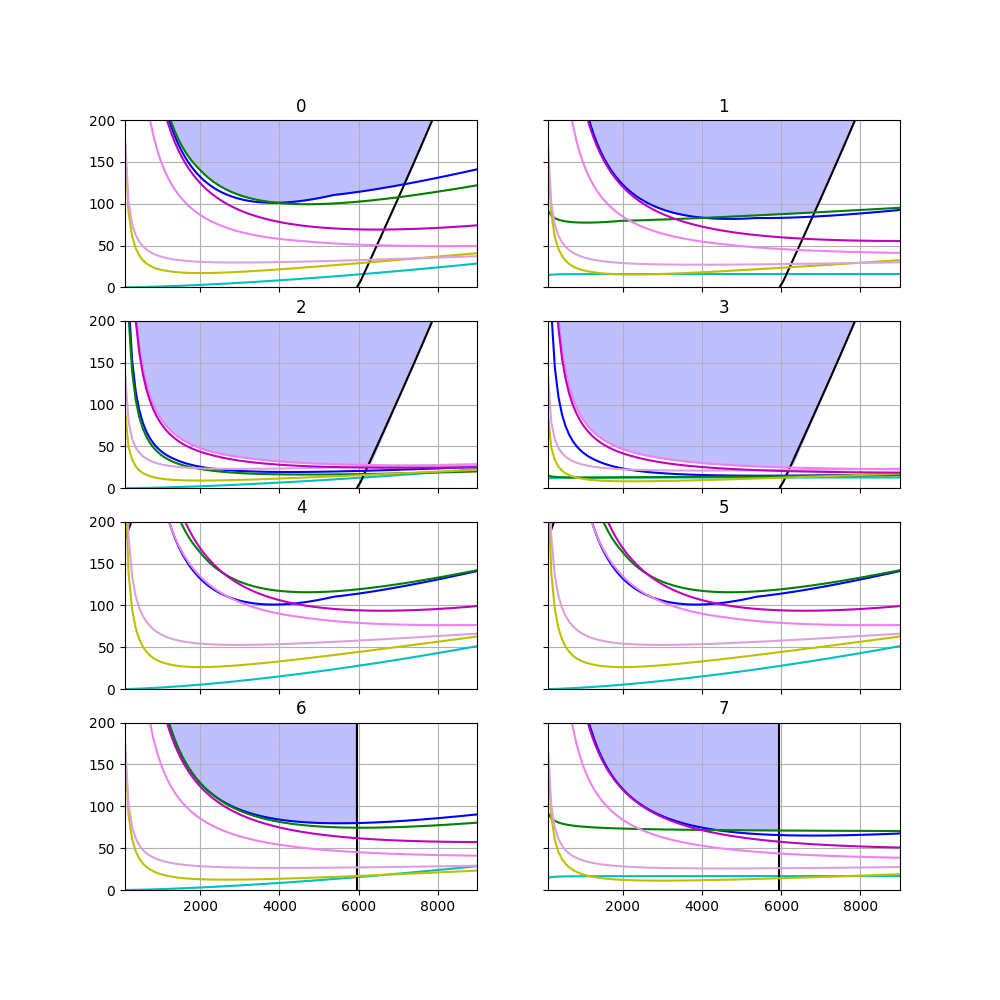
Repository: 12libao/DEA
Script's output: python Sizing_Method/ConstrainsAnalysis/ConstrainsAnalysisPDP1P2.py
These files come from the project's save history. The script's output is drawn as it stood at one moment and after a run of saves; the edit follows.
Random numbers start from a fixed seed.

Above is the script's output before, as saved 2021-07-12 14:39:27.

After the next 2 saves:
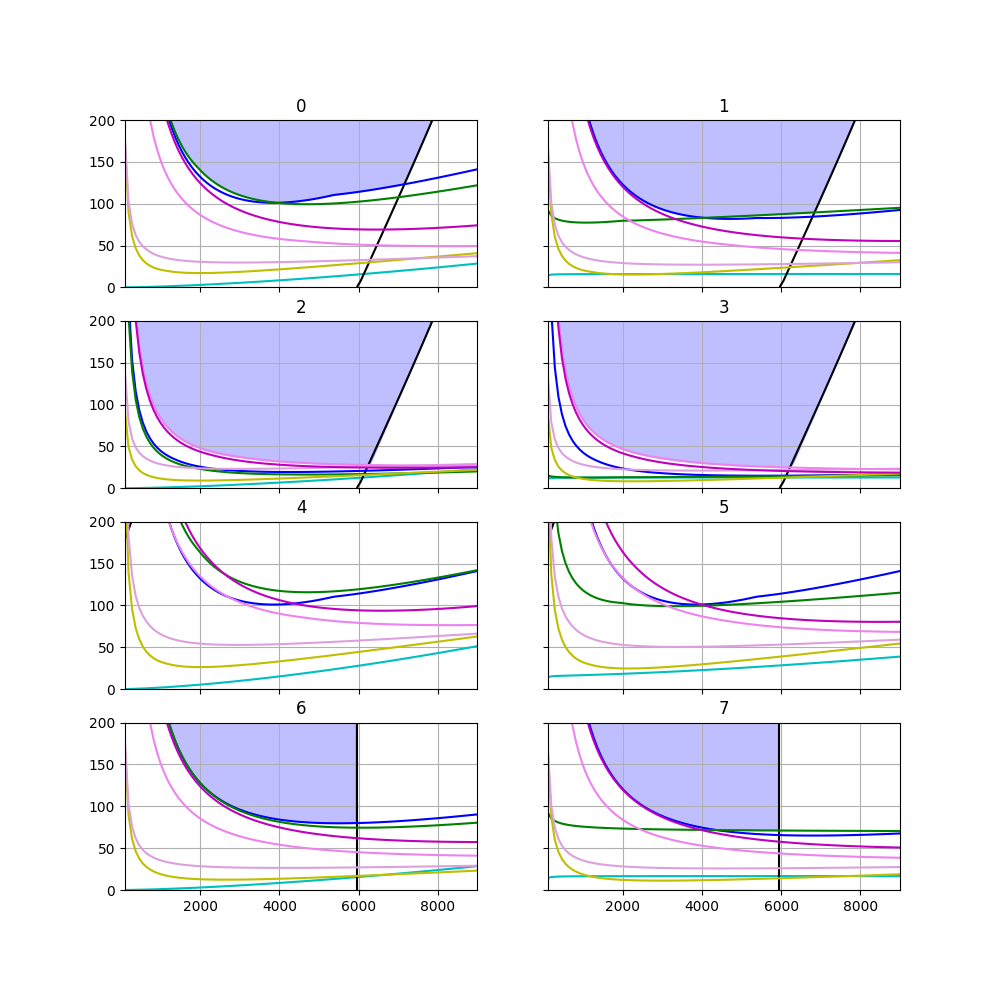
The 2 saves are shown as one change because they came seconds apart.
The last was saved 50 s later.
--- a/Sizing_Method/ConstrainsAnalysis/ConstrainsAnalysisPDP1P2.py
+++ b/Sizing_Method/ConstrainsAnalysis/ConstrainsAnalysisPDP1P2.py
@@ -538,7 +538,7 @@ if __name__ == "__main__":
                     if i == 2:
                         p_w[i, j, 5] = p_w[i, j, 0]
                     else:
-                        p_w[i, j, 5] = p_w[i, j, 0] + p_w[i, j, 2]
+                        p_w[i, j, 5] = p_w[i, j, 1] + p_w[i, j, 2]
 
             if i == 1:
                 ax[k].plot(p_w[i, :, k], np.linspace(0, 250, n), color=color[i], label=constrains_name[i])
